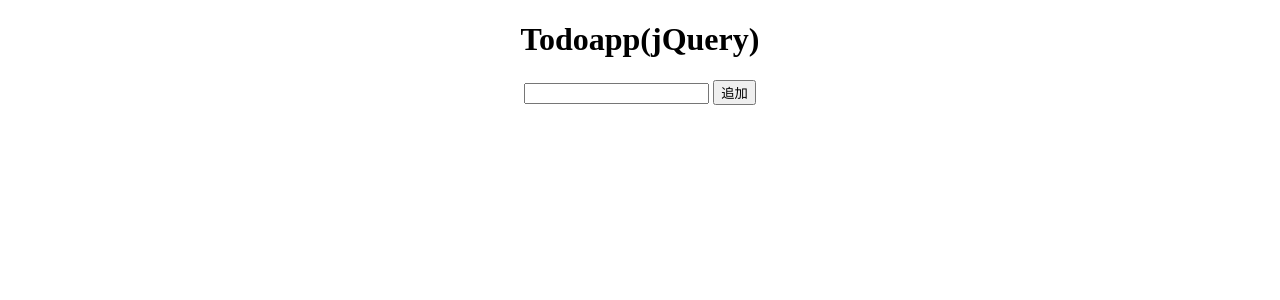
Repository: shinyahayashi1103/Todoapp-jQuery
Page: index.html
The author's editor kept a record of every edit. The page is drawn from the files as they stood at one moment, then again after the next edit.
The browser window is 1280 px wide. The pictures show the whole page.

Above is the page before.

After the next edit:
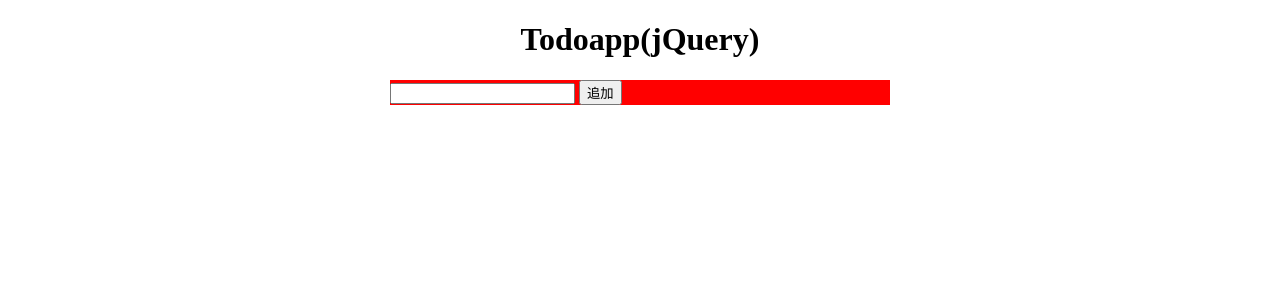
The edit:
--- a/style.css
+++ b/style.css
@@ -3,7 +3,9 @@
 }
 
 #input-section{
-   text-align: center;
+   width: 500px;
+   margin: 0 auto;
+   background-color: red;
 
 }
 
